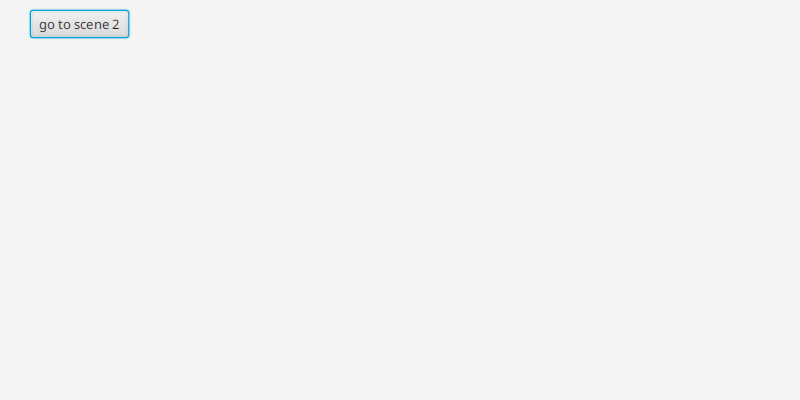
Repository: medsalimbenjelloul/DASI
Program's window: java eclipse-workspace/DASI/src/application/Main.java
The author's editor kept a copy of each file at every save. The program's window is drawn from the files as they stood at one save, then again after a run of saves.
It runs on Java 21 on a 1366 x 768 screen with JavaFX 11; the title bar is not drawn.

Above is the program's window before, as saved 2019-03-23 18:56:17.

After the next 2 saves:
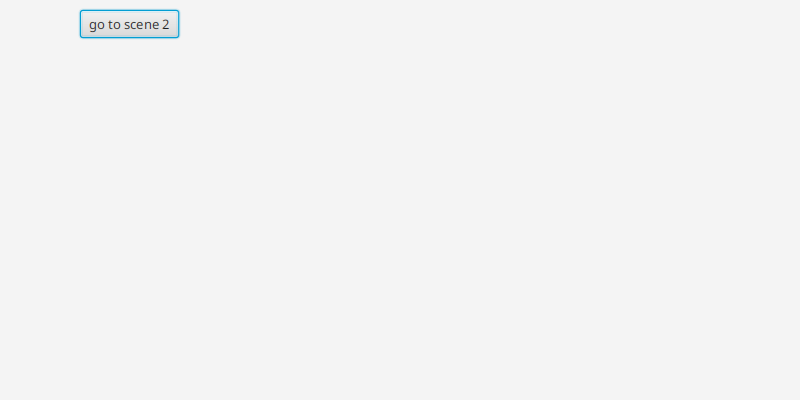
The 2 saves are shown as one change because they came seconds apart.
The last was saved 11 s later.
--- a/eclipse-workspace/DASI/src/application/Main.java
+++ b/eclipse-workspace/DASI/src/application/Main.java
@@ -38,7 +38,7 @@
 			//layout1.getChildren().addAll(label1, button1);
 			//BorderPane.setAlignment(button1, Pos.CENTER);
 			//root.setAlignment(label1, Pos.TOP_LEFT);
-			button1.setLayoutX(30);
+			button1.setLayoutX(80);
 			button1.setLayoutY(10);
 			root.getChildren().add(button1);
 
